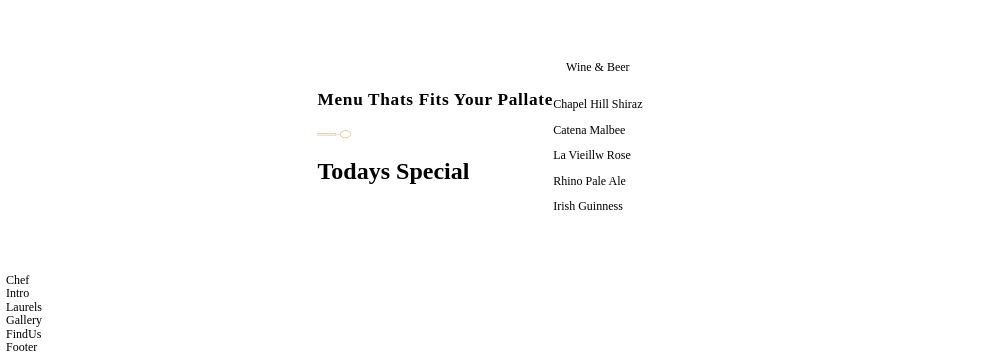
Repository: remydev47/restaurant
Page: /
An editor plug-in stored every save of this project. The page is shown before and after the next save, followed by the edit.
The browser window is 1280 px wide. The page is 1336 px wide, so the pictures cover 1336 px, including what lies to the right of the window. The pictures show the part of the page from y = 2388 to 3956 px (the page is 2868 px tall before and 3956 px after), at 75% of full size.
Backgrounds fixed to the window are drawn as part of the page. The project was rebuilt for these pictures with package versions that can differ from the ones it lists, and the page was loaded fresh each time. Also part of the build but not shown: src/container/Chef/Chef.css, src/components/Footer/Newsletter.jsx, src/components/Footer/FooterOverlay.jsx, src/components/Menuitem/MenuItem.css, src/components/Menuitem/MenuItem.jsx, src/container/Menu/SpecialMenu.css. Imported but missing from the stored project, and not drawn on this page: src/assets/meal.mp4.

Above is the page before, as saved 2022-03-15 15:19:14.

After the next save:
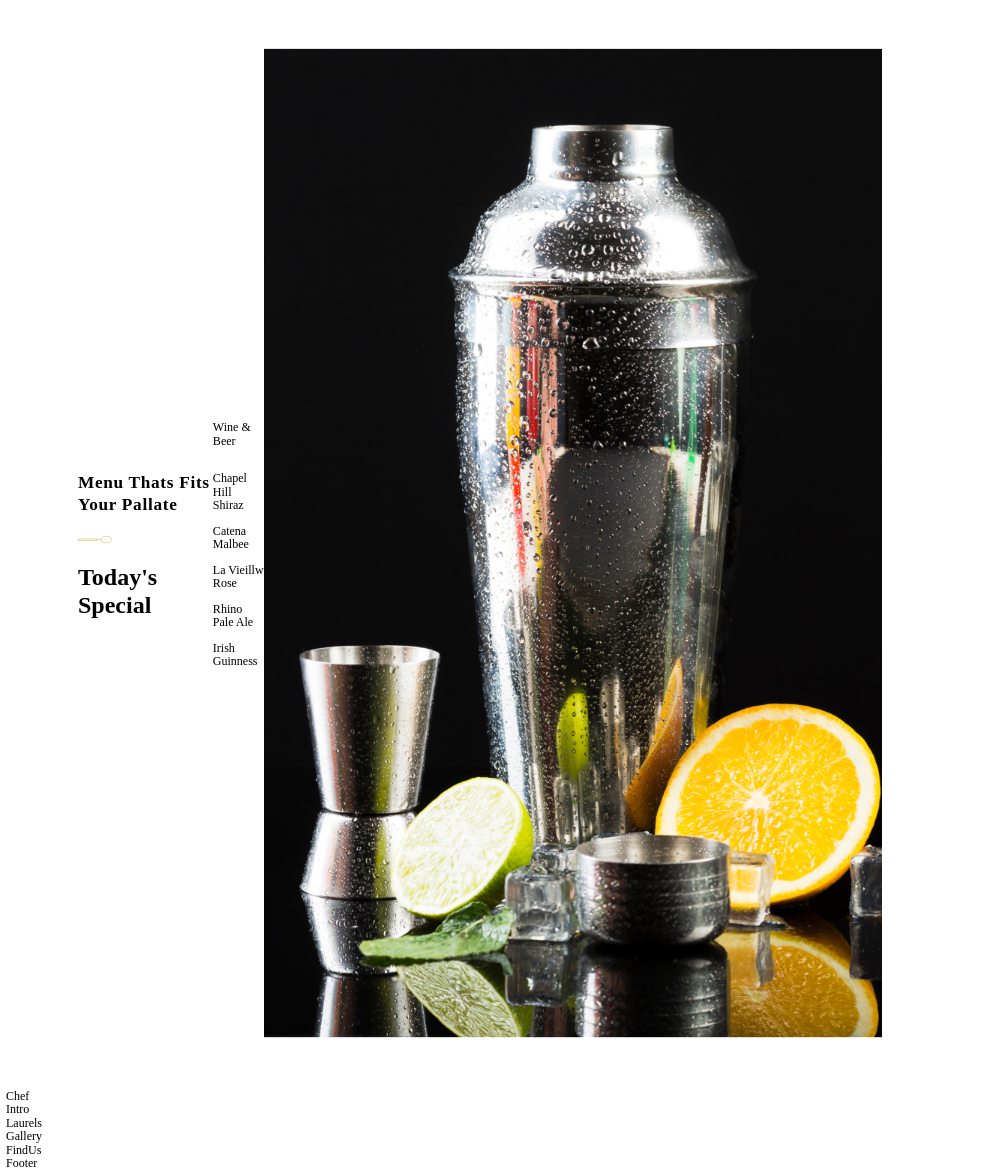
Saved 5 min 9 s later.
--- a/src/container/Menu/SpecialMenu.jsx
+++ b/src/container/Menu/SpecialMenu.jsx
@@ -8,7 +8,7 @@ const SpecialMenu = () => (
   <div className="app__specialMenu flex__center section__padding">
     <div className='app__specialMenu-title'>
       <SubHeading title="Menu Thats Fits Your Pallate" />
-      <h1 className='heatext__comorant'>Todays Special</h1>
+      <h1 className='heatext__comorant'>Today's Special</h1>
     </div>
 
     <div className='app__specialMenu-menu'>
@@ -21,6 +21,10 @@ const SpecialMenu = () => (
         ))}
       </div>
     </div>
+    <div className="app__specialMenu-menu_img">
+      <img src={images.menu} alt="menu img"  />
+    </div>
+
   </div>
 );
 
